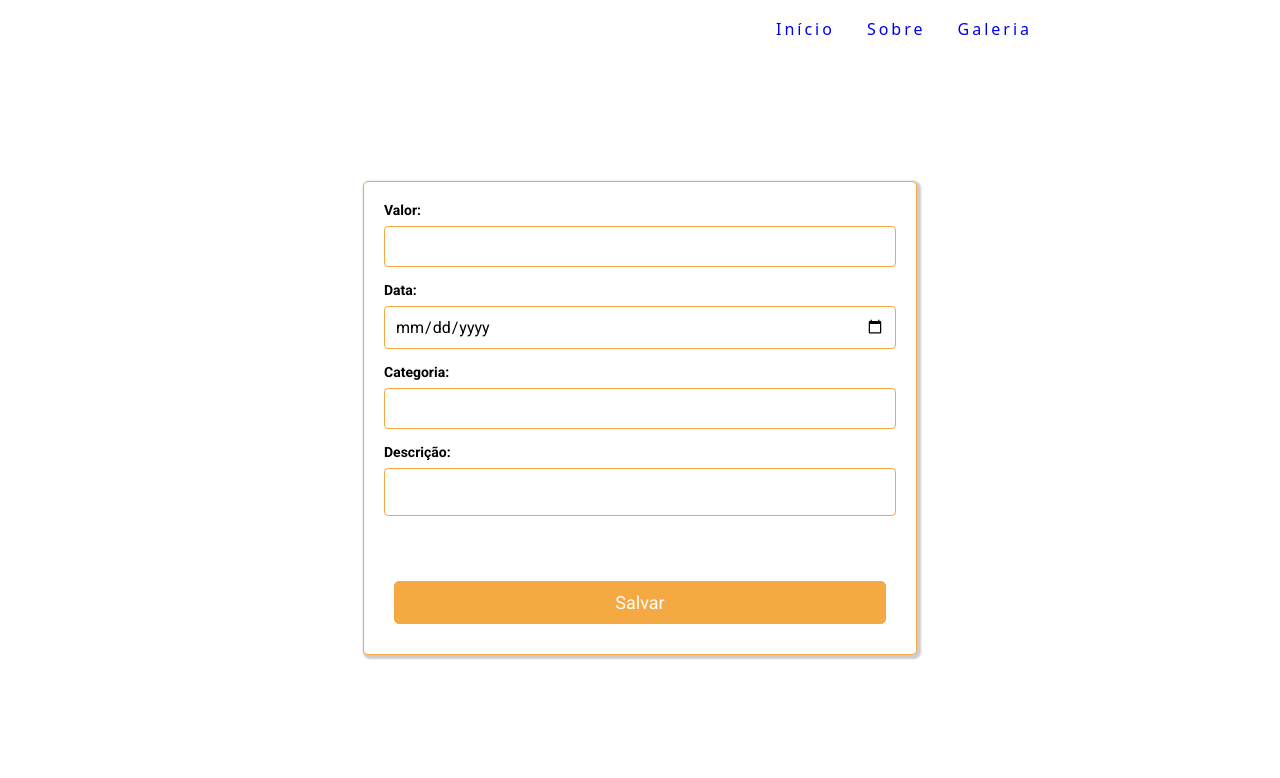
Repository: alexsanderkafka/java-servlets
Page: http://localhost/SaveMoney/cadastrarDespesa.jsp
These files come from the project's save history. The page is drawn as it stood at one moment and after the next save; the edit follows.
The browser window is 1280 px wide. The pictures show the whole page.
The page is served by Tomcat 9. Nobody is signed in. The application's start-up code is not run.

Above is the page before, as saved 2024-10-03 13:09:48.

After the next save:
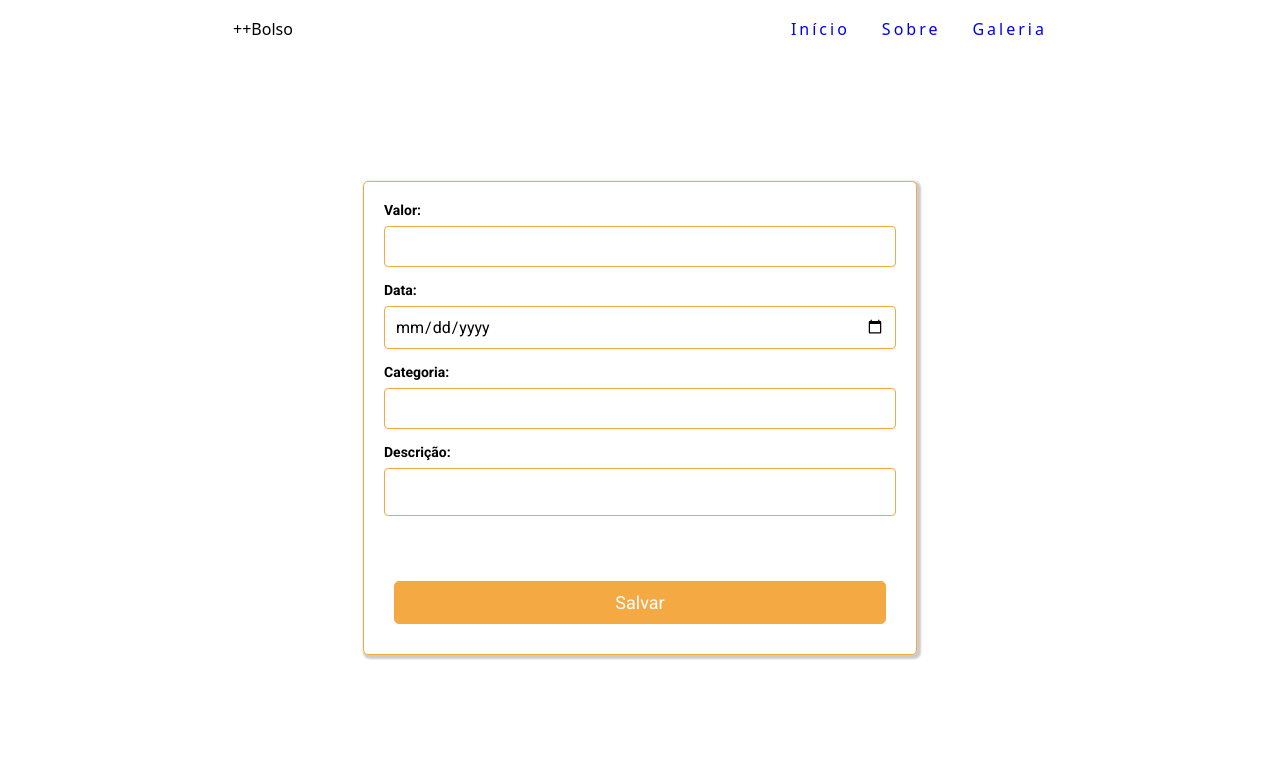
Saved 47 s later.
--- a/SaveMoney/src/main/webapp/cadastrarDespesa.jsp
+++ b/SaveMoney/src/main/webapp/cadastrarDespesa.jsp
@@ -11,7 +11,7 @@
 	<header>
         <nav>
           <div class="logo">
-
+          	<h1>++Bolso</h1>
           </div>
           <ul class="nav-list">
             <li><a href="###">Início</a></li>
